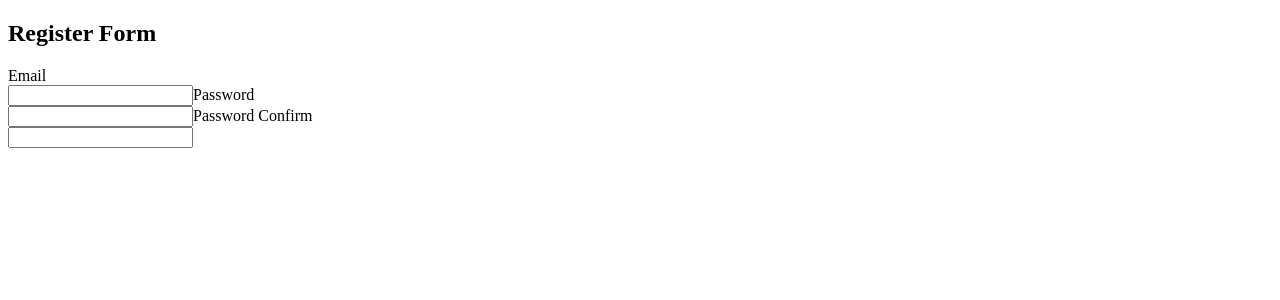
Repository: nptg3105/Register-form
Page: index.html
These files come from the project's save history. The page is drawn as it stood at one moment and after the next save; the edit follows.
The browser window is 1280 px wide. The pictures show the whole page.
Some web libraries are served in a nearby version.

Above is the page before, as saved 2022-01-05 21:40:03.

After the next save:
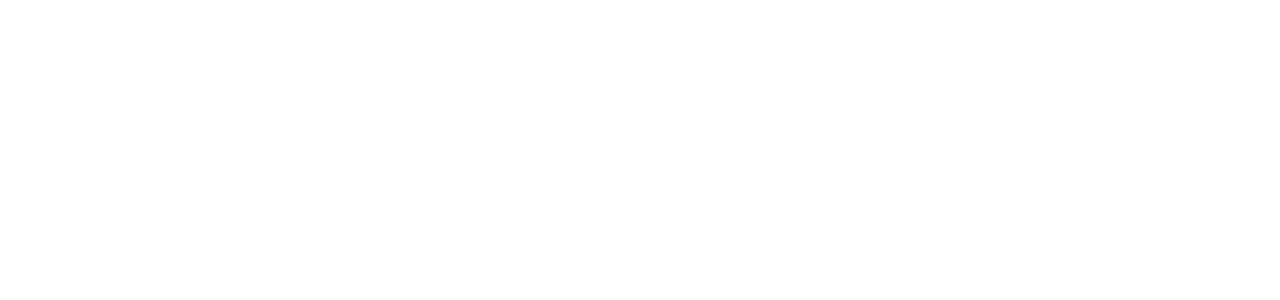
Console error (its wording comes from the project's code and is left out).
Saved 20 s later.
--- a/main.js
+++ b/main.js
@@ -1,6 +1,6 @@
 const registerForm = document.querySelector("#register-form");
 const form = (
-  <>
+
     <h2>Register Form</h2>
     <form>
       <label for="email">Email</label>
@@ -13,6 +13,6 @@
       <br />
       <input type="password" id="password-confirm" name="pass-confirm" />
     </form>
-  </>
+
 );
 ReactDOM.render(form, registerForm);

After the save that followed:
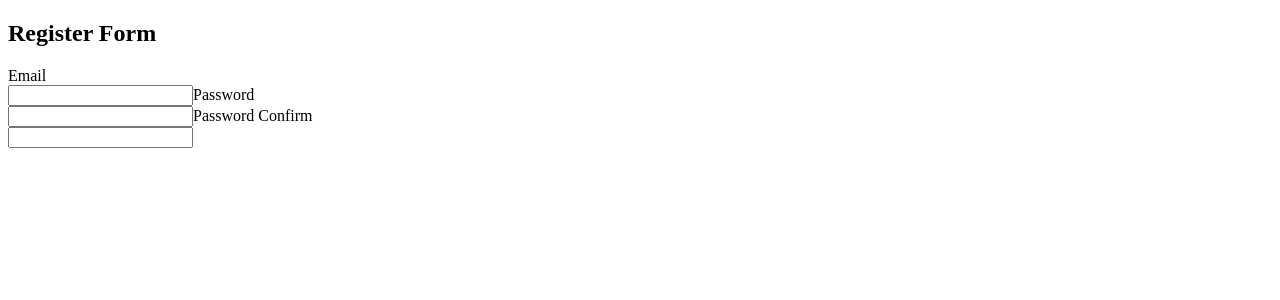
The error is gone.
Saved 36 s later.
--- a/main.js
+++ b/main.js
@@ -1,6 +1,6 @@
 const registerForm = document.querySelector("#register-form");
 const form = (
-
+  <>
     <h2>Register Form</h2>
     <form>
       <label for="email">Email</label>
@@ -13,6 +13,6 @@
       <br />
       <input type="password" id="password-confirm" name="pass-confirm" />
     </form>
-
+  </>
 );
 ReactDOM.render(form, registerForm);
